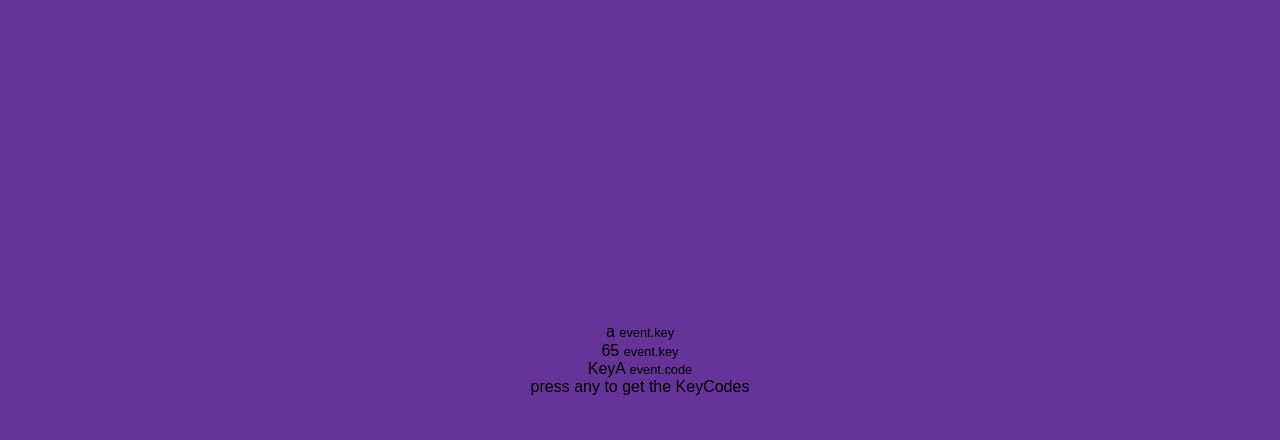
Repository: ElideZavala/Generator-Key
Page: index.html
An editor plug-in stored every save of this project. The page is shown before and after the next save, followed by the edit.
The browser window is 1280 px wide. The pictures show the whole page.
Some web fonts or font styles are not loaded; a fallback is used.

Above is the page before, as saved 2021-06-07 14:59:59.

### index.html
<!DOCTYPE html>
<html lang="en">
<head>
	<meta charset="UTF-8">
	<meta http-equiv="X-UA-Compatible" content="IE=edge">
	<meta name="viewport" content="width=device-width, initial-scale=1.0">
	<link rel="stylesheet" href="style.css">
	<link rel="stylesheet" href="normalize.css">
	<title>Event KeyCodes</title>
</head>
<body>
	<div id="insert">
		<div class="key">
			a
			<small>event.key</small>
		</div>

		<div class="key">
			65
			<small>event.key</small>
		</div>

		<div class="key">
			KeyA
			<small>event.code</small>
		</div>

		<div class="key">
			press any to get the KeyCodes
		</div>
	</div>


	<script src="script.js"></script>
</body>
</html>

### style.css
@import url('https://fonts.googleapis.com/css?family=Muli&display=swap');

* {
	box-sizing: border-box;
}

body {
	background-color: rebeccapurple;
	font-family: 'Muli', sans-serif;
	display: flex;
	flex-direction: column;
	align-items: center;
	justify-content: center;
	text-align: center;
	height: 100vh;
	overflow: hidden;
	margin: 0;
}

Loaded but not shown: normalize.css (library); script.js (no copy from this time; the picture is the same without it)

After the next save:
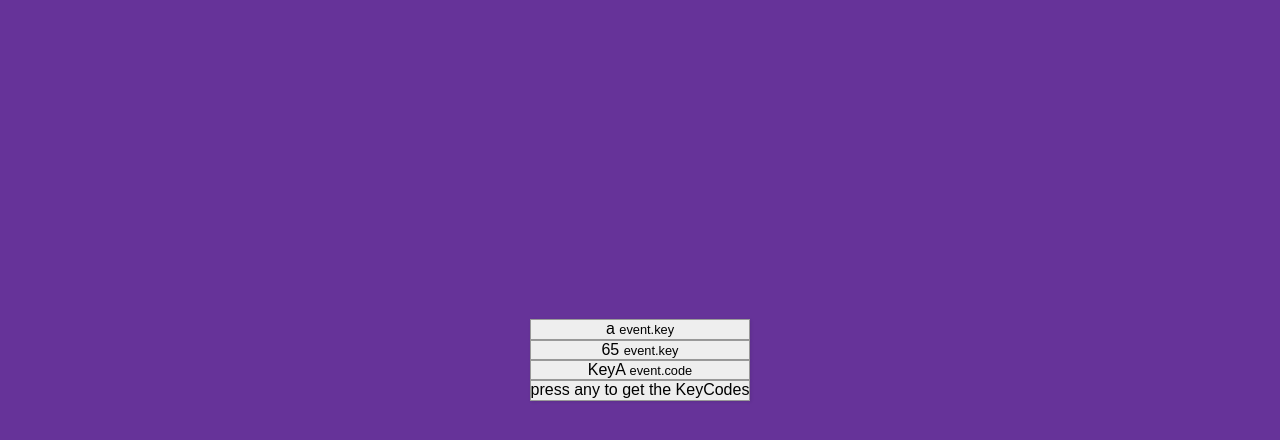
Saved 5 min 27 s later.
--- a/style.css
+++ b/style.css
@@ -16,3 +16,9 @@ body {
 	overflow: hidden;
 	margin: 0;
 }
+
+.key {
+	border: 1px solid #999;
+	background-color: #eee;
+	box-shadow: 1px 1px 3px rgba( 0, 0, 0, 0.1);
+}
